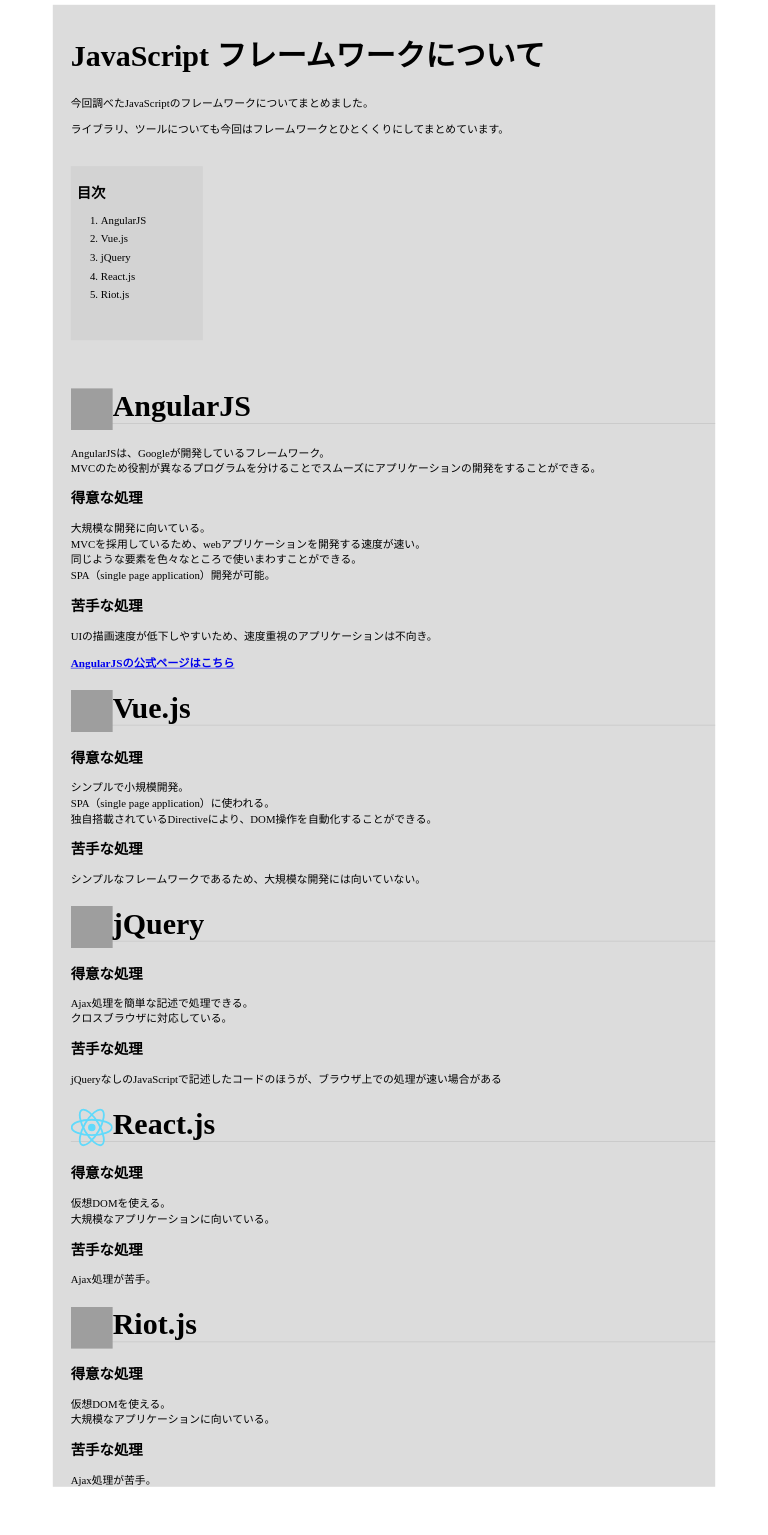
Repository: daichi-python/samurai_HTML_CSS
Page: Framework/index.html
The author's editor kept a record of every edit. The page is drawn from the files as they stood at one moment, then again after the next edit.
The browser window is 1280 px wide. The pictures show the whole page, at 60% of full size.
Pictures or frames that could not be fetched are drawn as grey boxes.

Above is the page before.

After the next edit:
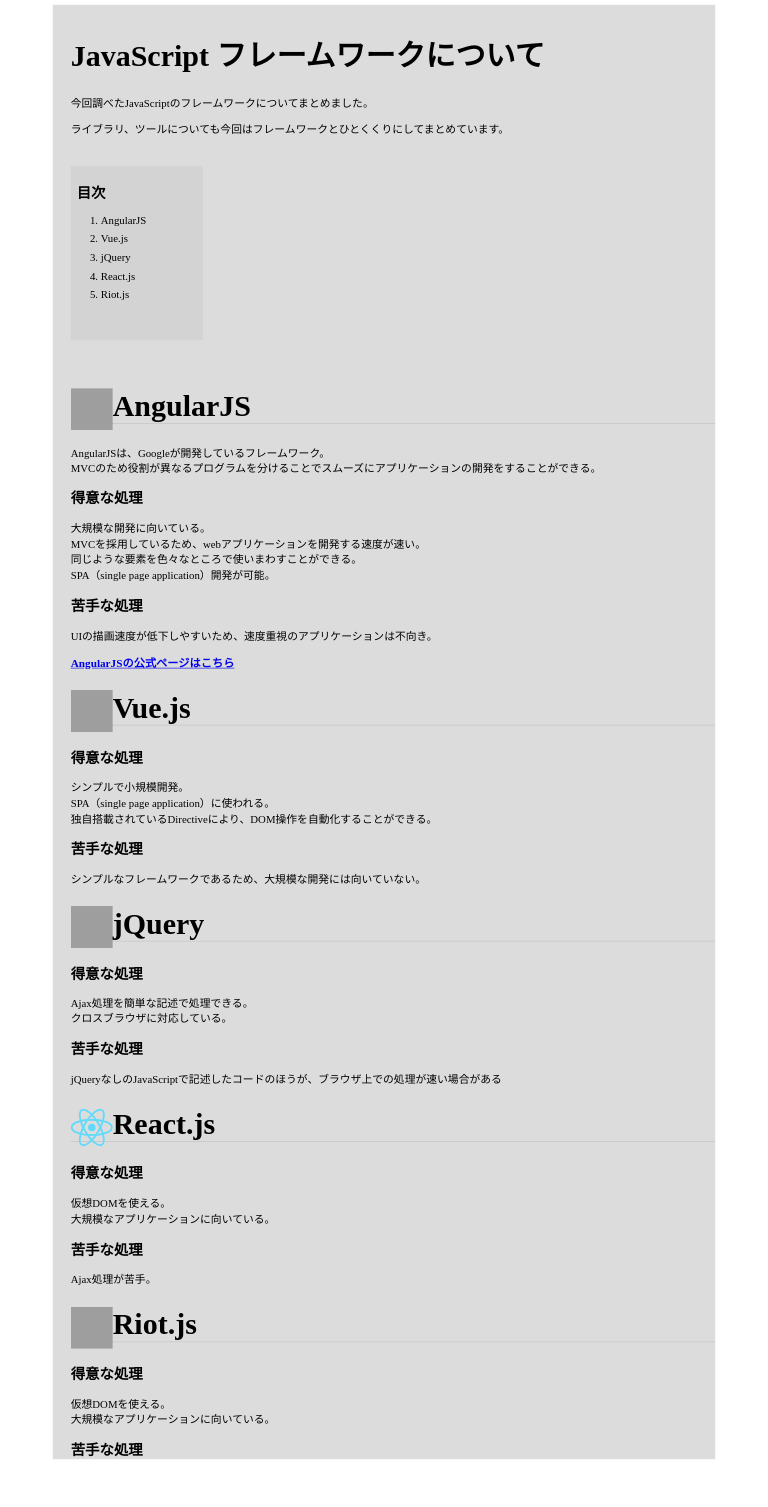
The edit:
--- a/Framework/index.html
+++ b/Framework/index.html
@@ -101,7 +101,6 @@
                     </p>
                     <h2>苦手な処理</h2>
                     <p>
-                        Ajax処理が苦手。
                     </p>
                 </div>
             </div>
